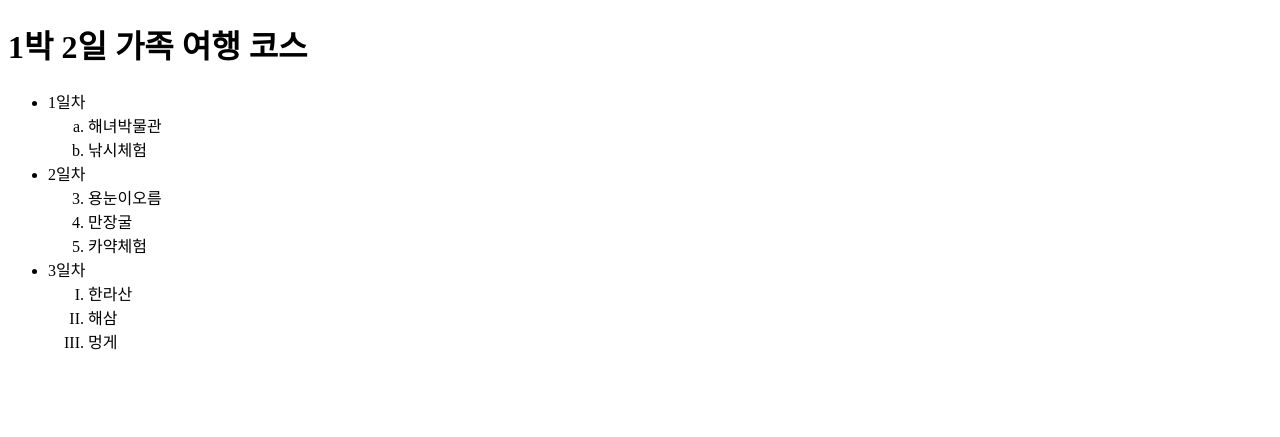
Repository: seulhwangbo/SeulJSP
Page: jspSrc17/webStandard01/src/main/webapp/02/ol.html
These files come from the project's save history. The page is drawn as it stood at one moment and after the next save; the edit follows.
The browser window is 1280 px wide. The pictures show the whole page.

Above is the page before, as saved 2024-06-13 05:22:08.

After the next save:
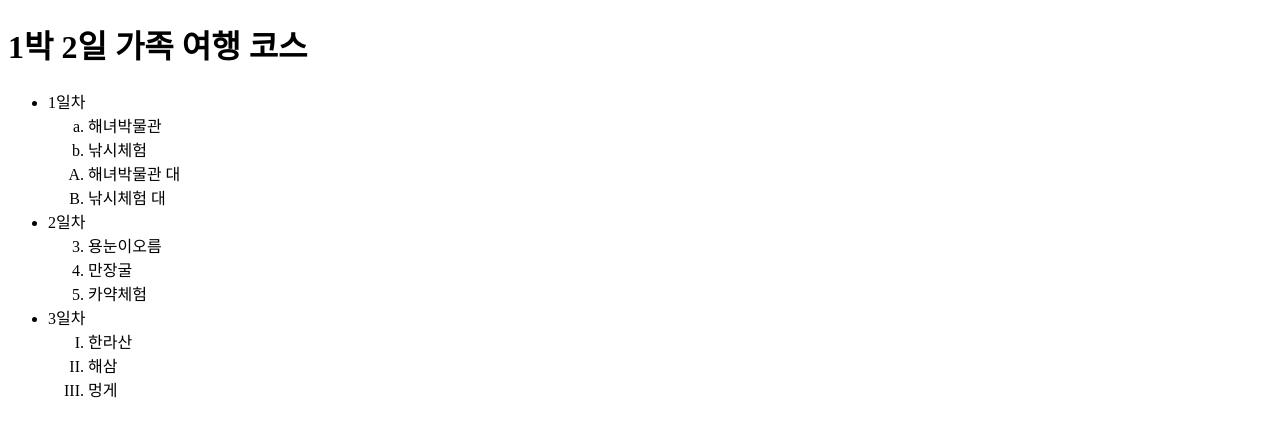
Saved 2 min 55 s later.
--- a/jspSrc17/webStandard01/src/main/webapp/02/ol.html
+++ b/jspSrc17/webStandard01/src/main/webapp/02/ol.html
@@ -11,6 +11,11 @@
 			<ol type="a">
 				<li>해녀박물관</li>
 				<li>낚시체험</li>
+			</ol>
+
+			<ol type="A">
+				<li>해녀박물관 대</li>
+				<li>낚시체험 대</li>
 			</ol>
 		</li>
 
